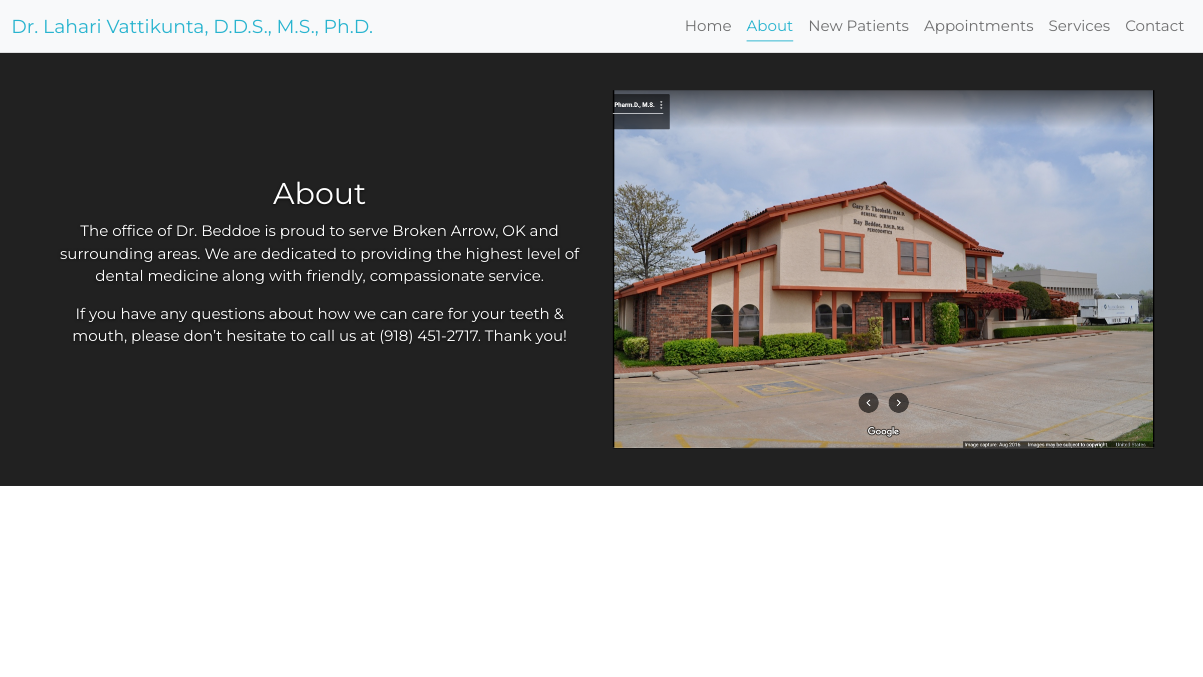
Repository: vineetha2438/baperio
Page: about.html
The author's editor kept a copy of each file at every save. The page is drawn from the files as they stood at one save, then again after the next save.
The browser window is 1280 px wide. The pictures show the whole page, at 94% of full size.

Above is the page before, as saved 2022-11-14 21:09:08.

### about.html
<!DOCTYPE html>
<html lang="en">

<head>
  <meta charset="utf-8">
  <meta name="viewport" content="width=device-width, initial-scale=1">
  <title>Broken Arrow Periodontics Dental Implants</title>
  <link href="https://cdn.jsdelivr.net/npm/bootstrap@5.2.2/dist/css/bootstrap.min.css" rel="stylesheet" integrity="sha384-Zenh87qX5JnK2Jl0vWa8Ck2rdkQ2Bzep5IDxbcnCeuOxjzrPF/et3URy9Bv1WTRi"
    crossorigin="anonymous">
  <link href='https://fonts.googleapis.com/css?family=Montserrat' rel='stylesheet'>
  <link rel="stylesheet" href="index.css">
  <style>
    body {
      font-family: 'Montserrat' !important
    }
  </style>
</head>

<body>
  <nav class="navbar navbar-expand-lg sticky-top bg-light">
    <div class="container-fluid">
      <!-- <a class="navbar-brand" href="#">Navbar</a> -->
      <span class="navbar-brand mb-0 h1 theme-blue doctor-name">Dr. Lahari Vattikunta, D.D.S., M.S., Ph.D. </span>
      <button class="navbar-toggler" type="button" data-bs-toggle="collapse" data-bs-target="#navbarSupportedContent" aria-controls="navbarSupportedContent"
        aria-expanded="false" aria-label="Toggle navigation">
        <span class="navbar-toggler-icon"></span>
      </button>
      <div class="collapse navbar-collapse" id="navbarSupportedContent">
        <ul class="navbar-nav me-auto mb-2 mb-lg-0 auto-ml-0-mr">
          <li class="nav-item">
            <a class="nav-link" href="index.html">Home</a>
          </li>
          <li class="nav-item">
            <a class="nav-link active theme-blue" aria-current="page" href="about.html">About</a>
          </li>
          <li class="nav-item">
            <a class="nav-link" href="#">New Patients</a>
          </li>
          <li class="nav-item">
            <a class="nav-link" href="#">Appointments</a>
          </li>
          <li class="nav-item">
            <a class="nav-link" href="#">Services</a>
          </li>
          <li class="nav-item">
            <a class="nav-link" href="#">Contact</a>
          </li>
        </ul>
      </div>
    </div>
  </nav>

  <div class="container-fluid text-center" style="background-color: rgb(33,33,33)">
    <div class="row section-one">
      <div class="col-sm-12 col-md-6">
        <h2>About</h2>
        <p>The office of Dr. Beddoe is proud to serve Broken Arrow, OK and surrounding areas. We are dedicated to providing
          the highest level of dental medicine along with friendly, compassionate service.</p>

        <p>If you have any questions about how we can care for your teeth & mouth, please don’t hesitate to call us at (918)
          451-2717. Thank you!</p>
      </div>
      <div class="col-sm-12 col-md-6">
        <img src="clinic.png" class="img-fluid" />
      </div>
    </div>
  </div>
  <script src="https://cdn.jsdelivr.net/npm/bootstrap@5.2.2/dist/js/bootstrap.bundle.min.js" integrity="sha384-OERcA2EqjJCMA+/3y+gxIOqMEjwtxJY7qPCqsdltbNJuaOe923+mo//f6V8Qbsw3"
    crossorigin="anonymous"></script>
</body>

</html>

### index.css
.theme-blue {
  color: rgb(41,180,207) !important;
}

.auto-ml-0-mr {
  margin-left: auto !important;
  margin-right: 0 !important;
}

.nav-link.active {
  text-decoration: underline;
  text-underline-offset: 10px;
}

.clinic-bg {
  opacity: 0.4;
  position: absolute;
  left: 0;
  top: 0;
  width: 100%;
  height: auto;
  background-image: url('./clinic_bg.jpeg');
  right: 0;
  bottom: 0;
  background-repeat: no-repeat;
  background-attachment: scroll;
  background-position: center center;
  background-size: cover;
}

.doctor-name {
  overflow: hidden;
  text-overflow: ellipsis;
}

.section-one {
  position: relative;
  padding: 40px;
  color: white;
  align-items: center;
  text-shadow: rgb(0 0 0 / 70%) 0px 1px 3px;
}

.bg-wrap {
  position: absolute;
  top: 0;
  left: 0;
  right: 0;
  z-index: -1;
  bottom: 0;
  overflow: hidden;
  background-color: rgb(80,80,80);
}

.section-one h2{
  font-weight: 400;
}

.section-two {
  padding: 20px 5px;
  text-align: left;
}

.section-two .address-card {
  display: flex;
  justify-content: center;
  flex-direction: column;
  background-color: rgb(41,180,207);
  padding-top: 20px;
  padding-bottom: 20px;
}

.section-two .address-card a {
  color: black;
  margin-bottom: 1rem;
}

.footer {
  background-color: rgb(41,180,207);
  text-align: left;
  padding: 1.5rem 20px;
}

.footer a {
  color: black;
  margin-bottom: 1rem;
  margin-right: 20px
}

After the next save:
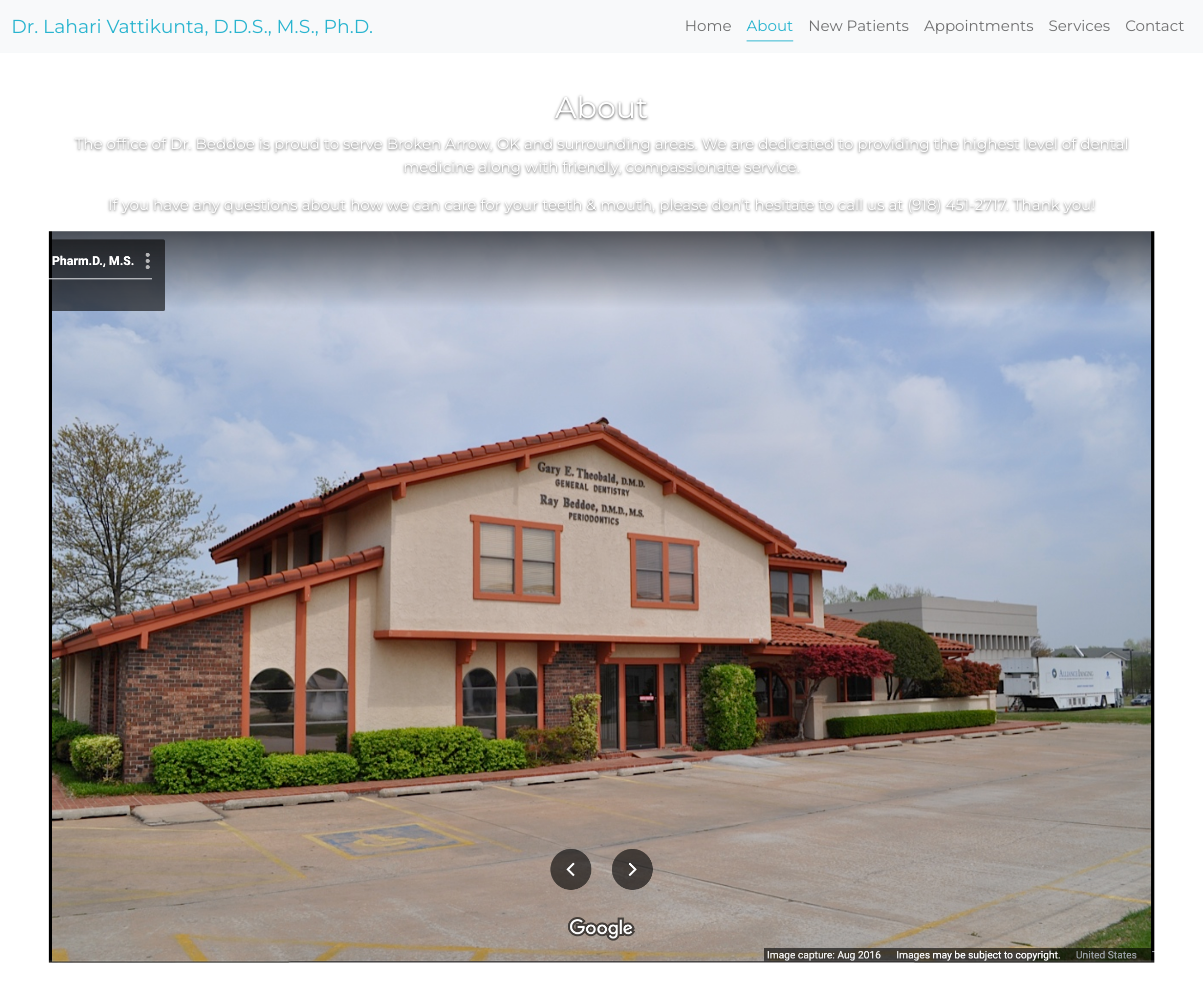
Saved 2 min 42 s later.
--- a/about.html
+++ b/about.html
@@ -50,9 +50,9 @@
     </div>
   </nav>
 
-  <div class="container-fluid text-center" style="background-color: rgb(33,33,33)">
+  <div class="container-fluid text-center" >
     <div class="row section-one">
-      <div class="col-sm-12 col-md-6">
+      <div class="col-12">
         <h2>About</h2>
         <p>The office of Dr. Beddoe is proud to serve Broken Arrow, OK and surrounding areas. We are dedicated to providing
           the highest level of dental medicine along with friendly, compassionate service.</p>
@@ -60,7 +60,7 @@
         <p>If you have any questions about how we can care for your teeth & mouth, please don’t hesitate to call us at (918)
           451-2717. Thank you!</p>
       </div>
-      <div class="col-sm-12 col-md-6">
+      <div class="col-12 ">
         <img src="clinic.png" class="img-fluid" />
       </div>
     </div>
